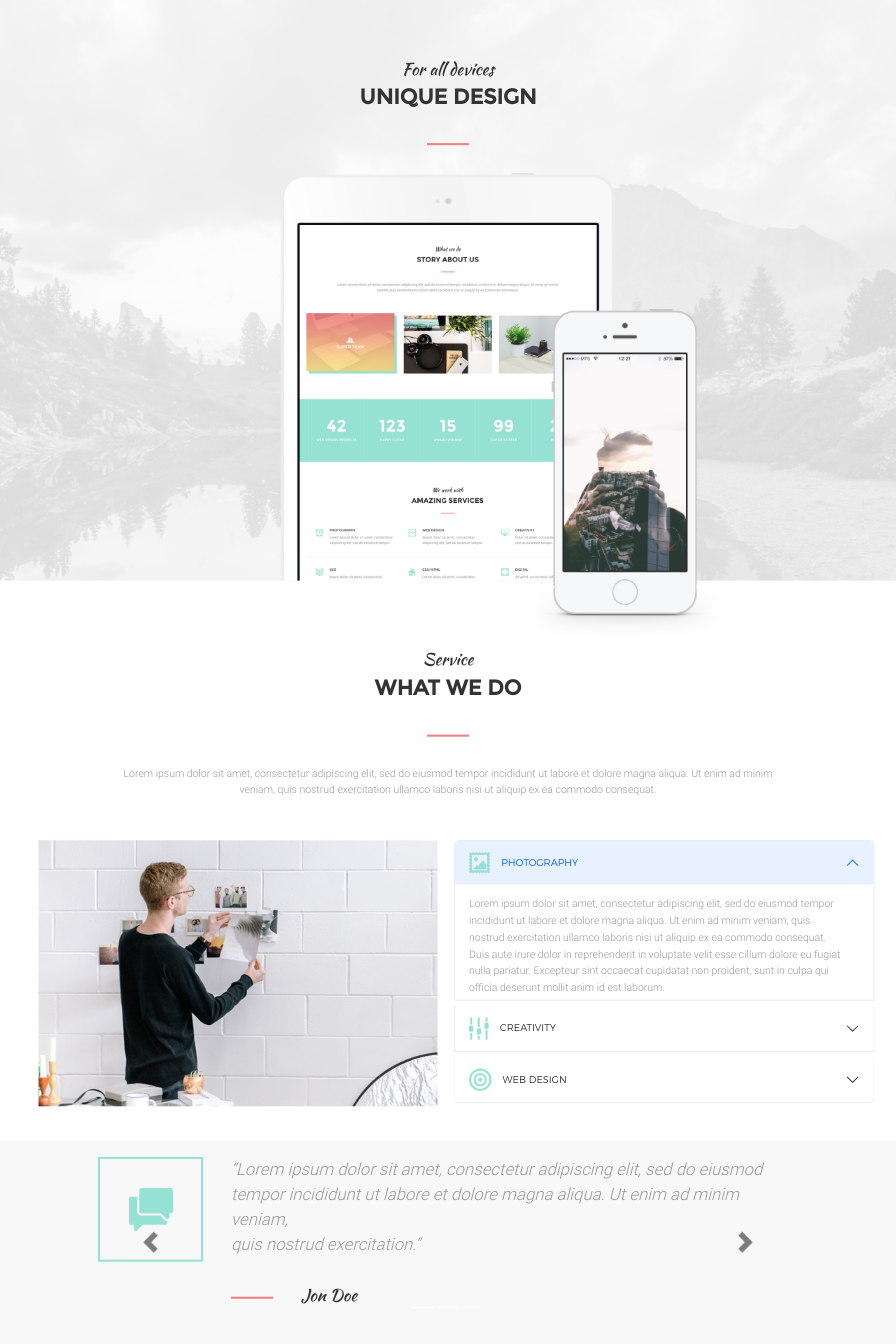
Repository: RaffiBarseghyan/mogo
Page: /
An editor plug-in stored every save of this project. The page is shown before and after a run of saves, followed by the edit.
The browser window is 1280 px wide. The pictures show the part of the page from y = 2598 to 4518 px (the page is 4518 px tall), at 70% of full size.
The project was rebuilt for these pictures with package versions that can differ from the ones it lists, and the page was loaded fresh each time.

Above is the page before, as saved 2023-05-11 23:01:00.

After the next 3 saves:
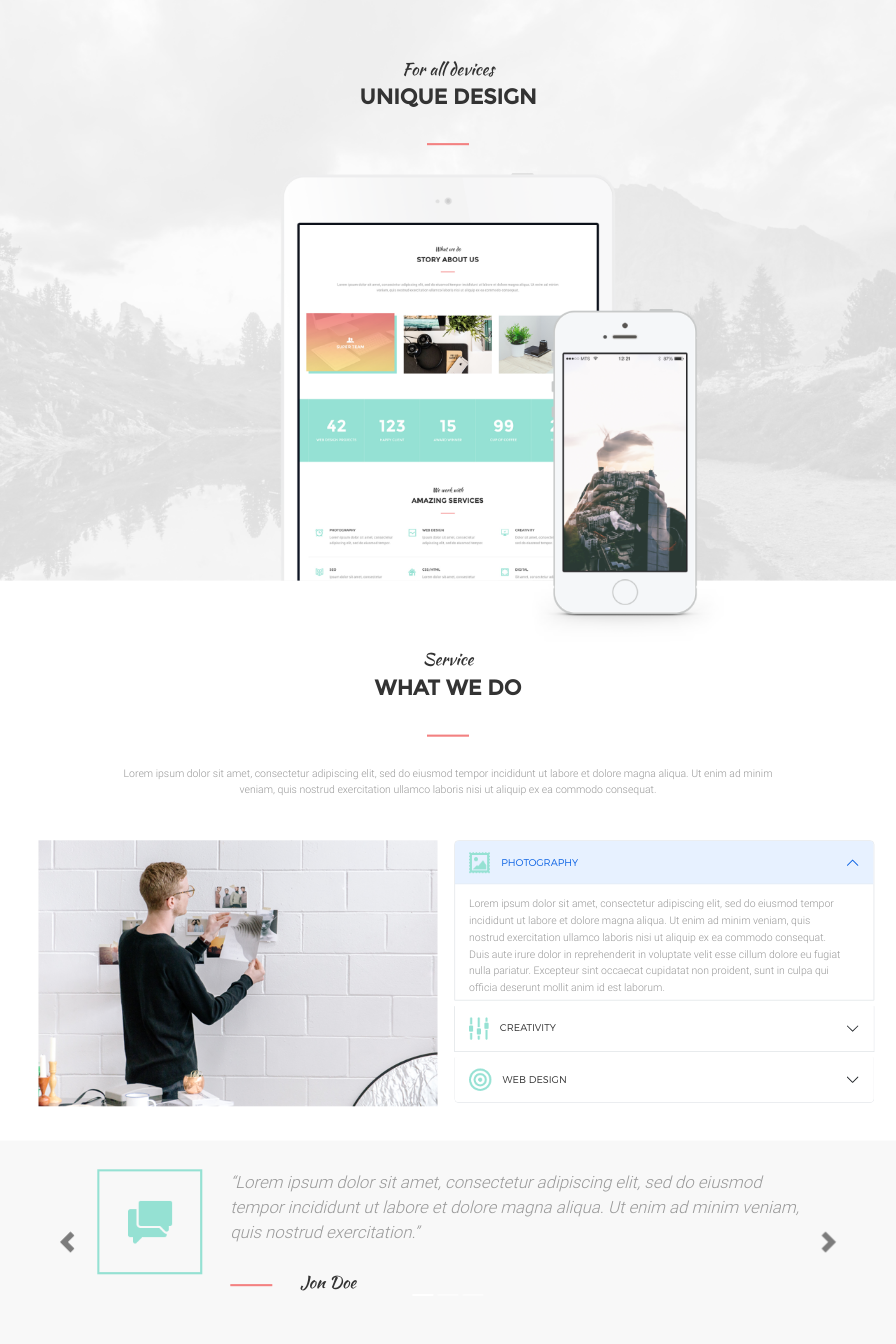
The 3 saves are shown as one change because they came seconds apart.
The last was saved 10 s later.
--- a/src/Pages/ServicePage/service.module.scss
+++ b/src/Pages/ServicePage/service.module.scss
@@ -113,7 +113,7 @@
   align-items: center;
   justify-content: center;
   >div{
-    width: 1000px;
+    width: 1300px;
   }
   p {
     font-size: 24px;
